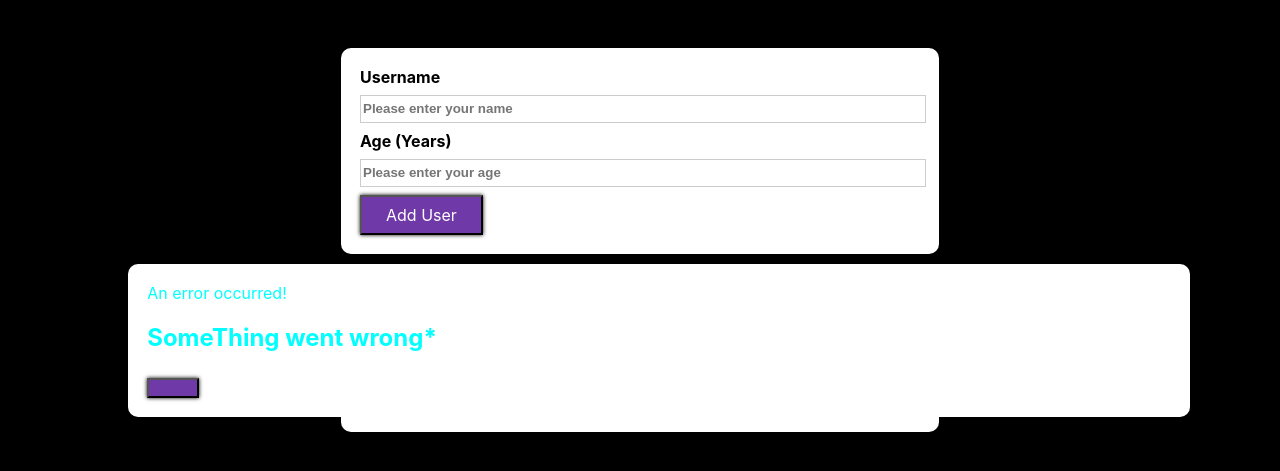
Repository: NamalPathirana/section-eight
Page: /
The author's editor kept a copy of each file at every save. The page is drawn from the files as they stood at one save, then again after the next save.
The browser window is 1280 px wide. The pictures show the whole page.
The project was rebuilt for these pictures with package versions that can differ from the ones it lists, and the page was loaded fresh each time. Also part of the build but not shown: src/App.module.css.

Above is the page before, as saved 2021-12-04 14:09:21.

### src/index.css
body {
  margin: 0;
  padding: 0%;
  height: 100%;
  width: 100%;
  display: flex;
  flex-direction: column;
  background-color: black;
  font-family: -apple-system, BlinkMacSystemFont, 'Segoe UI', 'Roboto', 'Oxygen',
    'Ubuntu', 'Cantarell', 'Fira Sans', 'Droid Sans', 'Helvetica Neue',
    sans-serif;
  -webkit-font-smoothing: antialiased;
  -moz-osx-font-smoothing: grayscale;
}

code {
  font-family: source-code-pro, Menlo, Monaco, Consolas, 'Courier New',
    monospace;
}

### src/App.js
import styles from "./App.module.css";
import react, { useState } from "react";
import UserInput from "./Components/UserInput/UserInput";
import UserList from "./Components/UserList/UserList";
import Card from "./UI/Card/Card";

function App() {
  const [listOfEntries, SetListOfEntries] = useState([
    { key: 0, name: "Dave", age: "000" },
    { key: 1, name: "looper", age: "29" },
  ]);

  const UserEntryCallbackHandler = (props) => {
    SetListOfEntries((prevListOfEntries) => {
      const tempList = [...prevListOfEntries];
      tempList.unshift({
        key: Math.random(),
        name: props.name,
        age: props.age,
      });
      return tempList;
    });
    console.log(listOfEntries);
  };

  const entryDeletionCallback = (entryKey) => {
    SetListOfEntries((perEntry) => {
      const updatedEntries = perEntry.filter((entry) => {
        return entry.key !== entryKey;
      });
      return updatedEntries;
    });
  };

  let UserInfoSegment = <Card><h3 className={styles.block}>No Entries Exists To Display</h3></Card>;

  if (listOfEntries.length > 0) {
    UserInfoSegment = (
      <UserList
        items={listOfEntries}
        deletionHandler={entryDeletionCallback}
      ></UserList>
    );
  }

  return (
    <div className="App">
      <section>
        <UserInput onUserEntry={UserEntryCallbackHandler}></UserInput>
      </section>
      <section>
      {UserInfoSegment}
      </section>
    </div>
  );
}

export default App;

### src/Components/UserInput/UserInput.js
import Button from "../../UI/Button/Button";
import styles from "./UserInput.module.css";
import { useState } from "react";
import Card from "../../UI/Card/Card";
import ErrorModal from "../../UI/ErrorModal/ErrorModal";

const UserInput = (props) => {
  const userEntry = { key: 0, name: "lol", age: "25" };

  const [username, SetUserName] = useState("");
  const [age, SetAge] = useState("");
  const [isValid, SetIsValid] = useState(true);

  const NameInputHandler = (props) => {
    SetUserName(props.target.value);

    if (props.target.value.length > 0) {
      SetIsValid(true);
    }
    // console.log('[UserInput.js / userName : ]'+username)
  };

  const AgeInputHandler = (props) => {
    SetAge(props.target.value);
    if (props.target.value.length > 0) {
      SetIsValid(true);
    }
    // console.log('[UserInput.js / userName : ]'+age);
  };

  const FormSubmitHandler = (event) => {
    event.preventDefault();

    if (username.length === 0) {
      SetIsValid(false);
      return;
    }
    if(+age<1){
        SetIsValid(false);
        return;
    }

    userEntry.key = Math.random();
    userEntry.name = username;
    userEntry.age = age;

    props.onUserEntry(userEntry);

    SetUserName("");
    SetAge("");
  };

  return (
    <div>
    <ErrorModal title="An error occurred!" message='SomeThing went wrong*'></ErrorModal>
    <Card>
      <form onSubmit={FormSubmitHandler}>
        <div className={styles.frame}>
          <label className={`${!isValid ? styles.inValid : ""}`}>
            Username
          </label>
          <input
            placeholder="Please enter your name"
            type="text"
            onChange={NameInputHandler}
            className={!isValid ? styles.inValid : ""}
            value={username}
          />
          <label className={`${!isValid ? styles.inValid : ""}`}>
            Age (Years)
          </label>
          <input
            placeholder="Please enter your age"
            type="number"
            max="120"
            maxLength="2"
            min="12"
            onChange={AgeInputHandler}
            value={age}
            className={`${!isValid ? styles.inValid : ""}`}
          />
          <Button name="Add User" type="submit"></Button>
        </div>
      </form>
    </Card>
    </div>
  );
};

export default UserInput;

### src/Components/UserList/UserList.js
import styles from './UserList.module.css';
import UserListItem from '../UserListItem/UserListItem'
import Card from '../../UI/Card/Card';


const UserList = (props) => {

    const listUserItems = props.items.map(row=>{
        return  <UserListItem key={row.key} name={row.name} age={row.age} clicked={()=>{props.deletionHandler(row.key)}}/>;
    });

    return(
        <Card>
        <div className={styles.frame}>
           {listUserItems}
        </div>
        </Card>
    );
}

export default UserList;

### src/UI/Card/Card.js
import styles from './Card.module.css';

const Card = (props) => {

    return (<div className={`${styles.card} ${props.className}`}>
        {props.children}
    </div>);

}

export default Card;

### src/UI/Button/Button.js
import styles from "./Button.module.css";

const Button = (props) => {
  return <button className={styles.button} type={props.type || 'button'}>{props.name}</button>;
};

export default Button;

### src/Components/UserInput/UserInput.module.css
.frame{

}

.frame input{
    display: block;
    font-weight: bold;
    border: 1px solid #ccc;
    line-height: 1.5rem;
    padding: 100 0.25rm;
    width: 100%;
    margin-bottom: 0.5rem;
}

.frame input:hover{
    border: 1px solid rgb(49, 45, 45);
}

label.inValid {
    color: red;
}

input.inValid {
    background-color: rgb(233, 161, 161);
    border: 1px solid red;
 }

.frame label{
    display: block;
    align-content: flex-start;
    font-weight: bold;
    margin-bottom: 0.5rem;
}

### src/UI/ErrorModal/ErrorModal.js
import styles from "./ErrorModal.module.css";
import Card from "../Card/Card";
import Button from "../Button/Button"

const ErrorModal = (props) => {
  return (
    <Card className={styles.modal}>
      <header className={styles.header} >{props.title}</header>
      <h2 className={styles.message}>{props.message}</h2>
      <footer className={styles.footer}><Button>Close</Button></footer>
    </Card>
  );
};

export default ErrorModal;

### src/Components/UserList/UserList.module.css
.frame{

}

### src/Components/UserListItem/UserListItem.js
import styles from './UserListItem.module.css';


const UserListItem = (props) => {

    return(
        <div className={styles.list_item} onClick={props.clicked}>
            <h3>{props.name} ({props.age} Years Old)</h3>
        </div>
    );
}

export default UserListItem;

### src/UI/Card/Card.module.css
.card{
    margin: 0.5rem 0.5rem;
    padding: 1.2rem 1.2rem;
    width: 35rem;
    max-width: 90%;
    margin: 3rem auto;
    background-color: white;
    border-radius: 10px;
}

### src/UI/Button/Button.module.css
.button{
    font: inherit;
    padding: 0.5rem 1.5rem;
    background-color: rgb(112, 57, 168);
    color:white;
    box-shadow: 0 0 4px black;
    cursor: pointer;
    width: auto;
}

.button:focus{
    outline: none;
}

.button:hover,.button:active{
    background-color: rgb(185, 140, 231);
    border-color: rgb(185, 140, 231);
    box-shadow: 0 0 8px black;
}

### src/UI/ErrorModal/ErrorModal.module.css
.modal{
    position: fixed;
    top:30vh;
    left: 10%;
    width: 80%;
    z-index: 100;
    color: aqua;
    overflow: hidden;
}

### src/Components/UserListItem/UserListItem.module.css
.list_item{
    border: 1px solid gray;
    display: block;
    padding: 0.5rem 0.3rem;
    margin: 3px 0px;

}

.list_item:hover{
    background-color: antiquewhite;
}

.list_item:active{
    background-color: rgb(251, 199, 199);
}


.list_item h3{
    margin: 0px;
}

Loaded but not shown: public/index.html (common file); src/index.js (common file); src/reportWebVitals.js (common file)

After the next save:
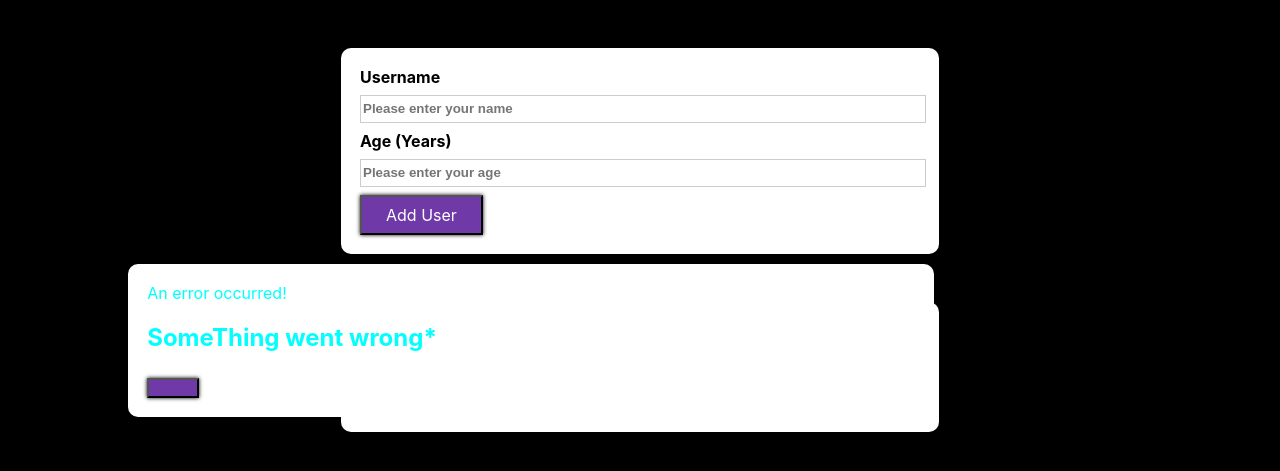
Saved 11 s later.
--- a/src/UI/ErrorModal/ErrorModal.module.css
+++ b/src/UI/ErrorModal/ErrorModal.module.css
@@ -2,7 +2,7 @@
     position: fixed;
     top:30vh;
     left: 10%;
-    width: 80%;
+    width: 60%;
     z-index: 100;
     color: aqua;
     overflow: hidden;

After the save that followed:
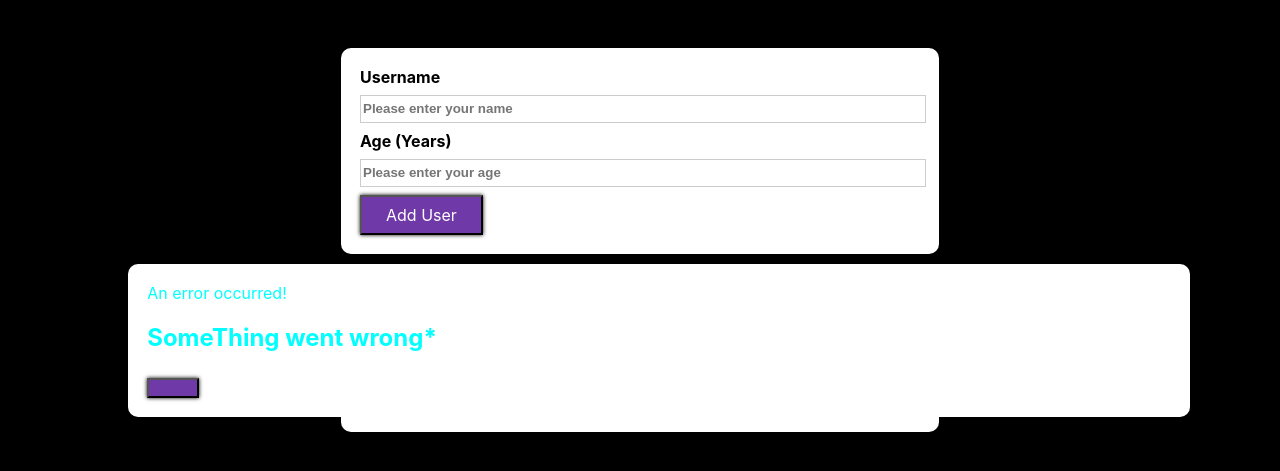
Saved 4 s later.
--- a/src/UI/ErrorModal/ErrorModal.module.css
+++ b/src/UI/ErrorModal/ErrorModal.module.css
@@ -2,7 +2,7 @@
     position: fixed;
     top:30vh;
     left: 10%;
-    width: 60%;
+    width: 80%;
     z-index: 100;
     color: aqua;
     overflow: hidden;
